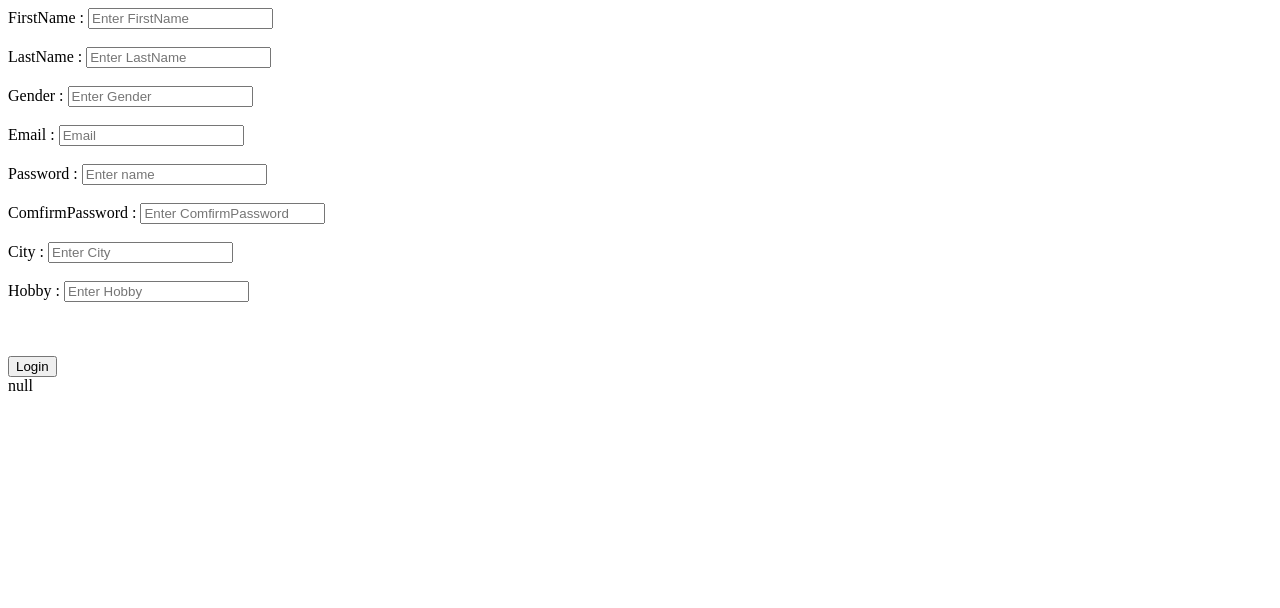
Repository: yogendra-dashore/java-ism
Page: http://localhost/23-ism-jee/Registration.jsp
The author's editor kept a copy of each file at every save. The page is drawn from the files as they stood at one save, then again after the next save.
The browser window is 1280 px wide. The pictures show the whole page.
The page is served by Tomcat 9.

Above is the page before, as saved 2023-04-01 10:10:50.

After the next save:
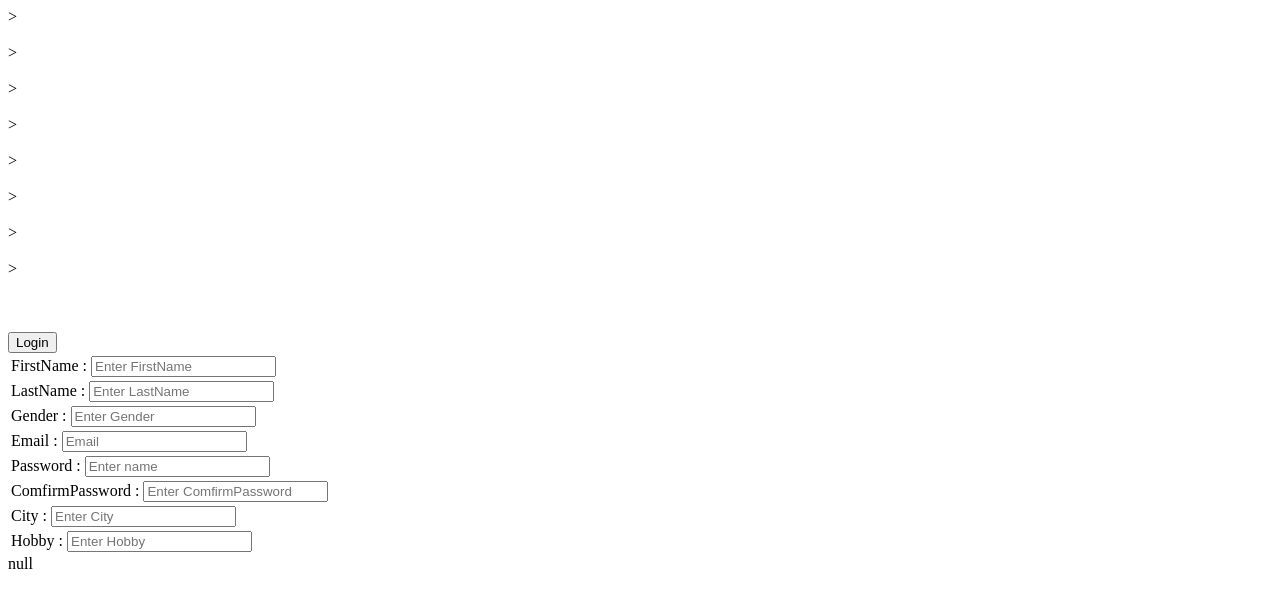
Saved 5 min 27 s later.
--- a/23-ism-jee/src/main/webapp/Registration.jsp
+++ b/23-ism-jee/src/main/webapp/Registration.jsp
@@ -13,17 +13,20 @@
 	%>
 
 <form action="Registration" method="post">
-FirstName : <input text="text" name="FirstName" placeholder="Enter FirstName"> <br><br>
-LastName : <input text="text" name="LastName" placeholder="Enter LastName"> <br><br>
-Gender : <input text="text" name="Gender" placeholder="Enter Gender"> <br><br>
-Email : <input text="text" name="Email" placeholder="Email"> <br><br>
-Password : <input text="password" name="password" placeholder="Enter name"> <br><br>
-ComfirmPassword : <input text="text" name="ComfirmPassword" placeholder="Enter ComfirmPassword"> <br><br>
-City : <input text="text" name="City" placeholder="Enter City"> <br><br>
-Hobby : <input text="text" name="Hobby" placeholder="Enter Hobby"> <br><br>
+<table>
+<tr><td>FirstName : <input text="text" name="FirstName" placeholder="Enter FirstName"></td>></tr> <br><br>
+<tr><td>LastName : <input text="text" name="LastName" placeholder="Enter LastName"></td>></tr> <br><br>
+<tr><td>Gender : <input text="text" name="Gender" placeholder="Enter Gender"></td>></tr> <br><br>
+<tr><td>Email : <input text="text" name="Email" placeholder="Email"></td>></tr> <br><br>
+<tr><td>Password : <input text="password" name="password" placeholder="Enter name"></td>></tr> <br><br>
+<tr><td>ComfirmPassword : <input text="text" name="ComfirmPassword" placeholder="Enter ComfirmPassword"></td>></tr> <br><br>
+<tr><td>City : <input text="text" name="City" placeholder="Enter City"></td>></tr> <br><br>
+<tr><td>Hobby : <input text="text" name="Hobby" placeholder="Enter Hobby"></td>></tr> <br><br>
 
 <br><br>
 <input type="submit" value="Login">
+
+</table>
 </form>
 <%=error%>
 
